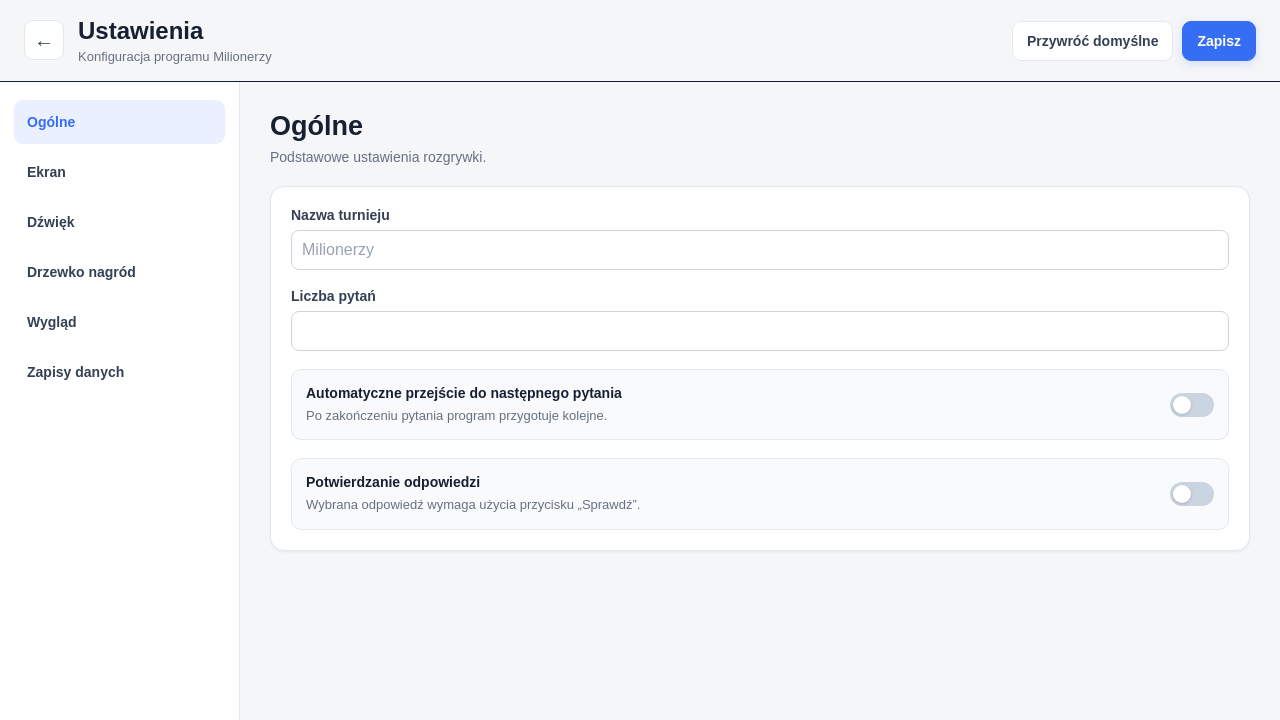
Repository: WaleonGames/HTGMilionerzy
Page: views/settings.html
These files come from the project's save history. The page is drawn as it stood at one moment and after the next save; the edit follows.
The browser window is 1280 px wide. The pictures show the whole page.

Above is the page before, as saved 2026-09-05 19:14:33.
Console error: TypeError: Cannot read properties of undefined (reading 'settings')

### views/settings.html
<!doctype html>
<html lang="pl">
<head>
  <meta charset="UTF-8">
  <meta name="viewport" content="width=device-width,initial-scale=1.0">

  <title>Milionerzy - Ustawienia</title>

  <link rel="stylesheet" href="../public/css/style.css">
  <link rel="stylesheet" href="../public/css/design.css">
</head>
<body>
  <div class="app">
    <header class="topbar">
      <div class="topbar-left">
        <button
          id="backButton"
          class="button button-icon"
          type="button"
          aria-label="Powrót"
        >
          ←
        </button>

        <div>
          <h1>Ustawienia</h1>

          <p>
            Konfiguracja programu Milionerzy
          </p>
        </div>
      </div>

      <div class="topbar-actions">
        <button
          id="resetButton"
          class="button button-secondary"
          type="button"
        >
          Przywróć domyślne
        </button>

        <button
          id="saveButton"
          class="button button-primary"
          type="button"
        >
          Zapisz
        </button>
      </div>
    </header>

    <main class="app-layout">
      <aside class="sidebar">
        <nav class="nav">
          <button
            class="nav-item active"
            data-tab="general"
            type="button"
          >
            Ogólne
          </button>

          <button
            class="nav-item"
            data-tab="screen"
            type="button"
          >
            Ekran
          </button>

          <button
            class="nav-item"
            data-tab="sound"
            type="button"
          >
            Dźwięk
          </button>

          <button
            class="nav-item"
            data-tab="prizeTree"
            type="button"
          >
            Drzewko nagród
          </button>

          <button
            class="nav-item"
            data-tab="appearance"
            type="button"
          >
            Wygląd
          </button>

          <button
            class="nav-item"
            data-tab="dataStorage"
            type="button"
          >
            Zapisy danych
          </button>
        </nav>
      </aside>

      <section class="content">
        <!-- =========================
             OGÓLNE
        ========================= -->

        <section
          class="tab-panel active"
          data-panel="general"
        >
          <div class="section-header">
            <h2>Ogólne</h2>

            <p>
              Podstawowe ustawienia rozgrywki.
            </p>
          </div>

          <div class="card form">
            <div class="form-field">
              <label for="gameTitle">
                Nazwa turnieju
              </label>

              <input
                id="gameTitle"
                type="text"
                placeholder="Milionerzy"
              >
            </div>

            <div class="form-field">
              <label for="questionsCount">
                Liczba pytań
              </label>

              <input
                id="questionsCount"
                type="number"
                min="1"
                max="50"
              >
            </div>

            <label class="setting-row">
              <div>
                <strong>
                  Automatyczne przejście do następnego pytania
                </strong>

                <span>
                  Po zakończeniu pytania program przygotuje kolejne.
                </span>
              </div>

              <input
                id="autoNextQuestion"
                type="checkbox"
              >
            </label>

            <label class="setting-row">
              <div>
                <strong>
                  Potwierdzanie odpowiedzi
                </strong>

                <span>
                  Wybrana odpowiedź wymaga użycia przycisku „Sprawdź”.
                </span>
              </div>

              <input
                id="confirmAnswer"
                type="checkbox"
              >
            </label>
          </div>
        </section>

        <!-- =========================
             EKRAN
        ========================= -->

        <section
          class="tab-panel"
          data-panel="screen"
        >
          <div class="section-header">
            <h2>Ekran</h2>

            <p>
              Ustawienia okna gry i ekranów zewnętrznych.
            </p>
          </div>

          <div class="card form">
            <label class="setting-row">
              <div>
                <strong>
                  Pełny ekran
                </strong>

                <span>
                  Uruchamiaj ekran turnieju w trybie pełnoekranowym.
                </span>
              </div>

              <input
                id="fullscreen"
                type="checkbox"
              >
            </label>

            <div class="form-field">
              <label for="screenIndex">
                Numer monitora
              </label>

              <input
                id="screenIndex"
                type="number"
                min="0"
              >
            </div>

            <div class="form-grid">
              <div class="form-field">
                <label for="screenWidth">
                  Szerokość
                </label>

                <input
                  id="screenWidth"
                  type="number"
                  min="640"
                >
              </div>

              <div class="form-field">
                <label for="screenHeight">
                  Wysokość
                </label>

                <input
                  id="screenHeight"
                  type="number"
                  min="480"
                >
              </div>
            </div>
          </div>
        </section>

        <!-- =========================
             DŹWIĘK
        ========================= -->

        <section
          class="tab-panel"
          data-panel="sound"
        >
          <div class="section-header">
            <h2>Dźwięk</h2>

            <p>
              Głośność i odtwarzanie efektów.
            </p>
          </div>

          <div class="card form">
            <div class="form-field">
              <label for="masterVolume">
                Głośność główna

                <span id="masterVolumeValue">
                  100%
                </span>
              </label>

              <input
                id="masterVolume"
                type="range"
                min="0"
                max="100"
                step="1"
              >
            </div>

            <label class="setting-row">
              <div>
                <strong>
                  Dźwięki interfejsu
                </strong>

                <span>
                  Odtwarzaj dźwięki przy działaniach w panelu.
                </span>
              </div>

              <input
                id="interfaceSounds"
                type="checkbox"
              >
            </label>

            <label class="setting-row">
              <div>
                <strong>
                  Dźwięki gry
                </strong>

                <span>
                  Odtwarzaj muzykę i efekty podczas rozgrywki.
                </span>
              </div>

              <input
                id="gameSounds"
                type="checkbox"
              >
            </label>
          </div>
        </section>

        <!-- =========================
             DRZEWKO NAGRÓD
        ========================= -->

        <section
          class="tab-panel"
          data-panel="prizeTree"
        >
          <div class="section-header">
            <h2>Drzewko nagród</h2>

            <p>
              Kwoty i progi gwarantowane.
            </p>
          </div>

          <div class="card form">
            <div class="form-field">
              <label for="currency">
                Waluta
              </label>

              <input
                id="currency"
                type="text"
                placeholder="zł"
              >
            </div>

            <div
              id="prizeLevels"
              class="prize-list"
            ></div>
          </div>
        </section>

        <!-- =========================
             WYGLĄD
        ========================= -->

        <section
          class="tab-panel"
          data-panel="appearance"
        >
          <div class="section-header">
            <h2>Wygląd</h2>

            <p>
              Kolory i ustawienia interfejsu.
            </p>
          </div>

          <div class="card form">
            <div class="form-field">
              <label for="theme">
                Motyw
              </label>

              <select id="theme">
                <option value="dark">
                  Ciemny
                </option>

                <option value="light">
                  Jasny
                </option>
              </select>
            </div>

            <div class="form-field">
              <label for="accentColor">
                Kolor główny
              </label>

              <input
                id="accentColor"
                type="color"
              >
            </div>

            <label class="setting-row">
              <div>
                <strong>
                  Animacje
                </strong>

                <span>
                  Włącz animacje przejść i odpowiedzi.
                </span>
              </div>

              <input
                id="animations"
                type="checkbox"
              >
            </label>
          </div>
        </section>

        <!-- =========================
             ZAPISY DANYCH
        ========================= -->

        <section
          class="tab-panel"
          data-panel="dataStorage"
        >
          <div class="section-header">
            <h2>Zapisy danych</h2>

            <p>
              Ustawienia lokalnego zapisu danych programu.
            </p>
          </div>

          <div class="card form">
            <label class="setting-row">
              <div>
                <strong>
                  Automatyczny zapis
                </strong>

                <span>
                  Zapisuj dane automatycznie po zmianach.
                </span>
              </div>

              <input
                id="autoSave"
                type="checkbox"
              >
            </label>

            <label class="setting-row">
              <div>
                <strong>
                  Automatyczne kopie zapasowe
                </strong>

                <span>
                  Twórz kopię danych programu.
                </span>
              </div>

              <input
                id="autoBackup"
                type="checkbox"
              >
            </label>

            <div class="form-field">
              <label for="backupInterval">
                Interwał kopii zapasowej w minutach
              </label>

              <input
                id="backupInterval"
                type="number"
                min="1"
              >
            </div>
          </div>
        </section>
      </section>
    </main>

    <div
      id="statusMessage"
      class="status-message"
      hidden
    ></div>
  </div>

  <script src="../public/js/design.js"></script>
  <script src="../public/js/settings.js"></script>
</body>
</html>

### public/css/style.css
*{
  box-sizing:border-box;
  margin:0;
  padding:0;
}

html,
body{
  width:100%;
  min-height:100%;
}

body{
  min-height:100vh;
  font-family:Arial,sans-serif;
}

button,
input,
select,
textarea{
  font:inherit;
}

button{
  cursor:pointer;
}

[hidden]{
  display:none !important;
}

/* =========================
   APP
========================= */

.app{
  min-height:100vh;
}

/* =========================
   PAGE
========================= */

.page{
  width:min(1100px,calc(100% - 32px));
  margin:0 auto;
  padding:28px 0;
}

.page-header{
  display:flex;
  align-items:center;
  justify-content:space-between;
  gap:20px;
  margin-bottom:20px;
}

.page-header-main{
  min-width:0;
}

.page-title{
  margin:4px 0;
  font-size:30px;
  line-height:1.2;
}

.page-description{
  font-size:14px;
  line-height:1.5;
}

.eyebrow{
  display:block;
  font-size:11px;
  font-weight:800;
  letter-spacing:.12em;
}

.text-muted{
  font-size:13px;
}

/* =========================
   TOPBAR
========================= */

.topbar{
  display:flex;
  align-items:center;
  justify-content:space-between;
  gap:20px;
  min-height:82px;
  padding:14px 24px;
  border-bottom:1px solid;
}

.topbar-left{
  display:flex;
  align-items:center;
  gap:14px;
  min-width:0;
}

.topbar-left>div{
  min-width:0;
}

.topbar-left h1{
  font-size:24px;
  line-height:1.2;
}

.topbar-left p{
  margin-top:3px;
  font-size:13px;
}

.topbar-actions{
  display:flex;
  align-items:center;
  gap:9px;
}

/* =========================
   APP LAYOUT
========================= */

.app-layout{
  display:grid;
  grid-template-columns:240px minmax(0,1fr);
  min-height:calc(100vh - 82px);
}

/* =========================
   SIDEBAR
========================= */

.sidebar{
  display:flex;
  flex-direction:column;
  padding:18px 14px;
  border-right:1px solid;
}

/* =========================
   NAVIGATION
========================= */

.nav{
  display:flex;
  flex-direction:column;
  gap:6px;
}

.nav-item{
  display:flex;
  align-items:center;
  width:100%;
  min-height:44px;
  padding:0 13px;
  border:0;
  border-radius:9px;
  font-size:14px;
  font-weight:700;
  text-align:left;
}

/* =========================
   CONTENT
========================= */

.content{
  width:100%;
  min-width:0;
  max-width:1050px;
  padding:28px 30px 50px;
}

/* =========================
   SECTION
========================= */

.section-header{
  margin-bottom:18px;
}

.section-header h2{
  font-size:27px;
  line-height:1.2;
}

.section-header p{
  margin-top:5px;
  font-size:14px;
  line-height:1.5;
}

/* =========================
   TAB
========================= */

.tab-panel{
  display:none;
}

.tab-panel.active{
  display:block;
}

/* =========================
   PANEL
========================= */

.panel{
  padding:20px;
  border:1px solid;
  border-radius:14px;
}

.panel-header{
  display:flex;
  align-items:center;
  justify-content:space-between;
  gap:16px;
  margin-bottom:16px;
}

.panel-header h2{
  margin-bottom:3px;
  font-size:20px;
}

.panel-header span{
  font-size:13px;
}

/* =========================
   CARD
========================= */

.card{
  padding:20px;
  border:1px solid;
  border-radius:14px;
}

/* =========================
   BUTTON
========================= */

.button{
  display:inline-flex;
  align-items:center;
  justify-content:center;
  min-height:40px;
  padding:0 14px;
  border:1px solid;
  border-radius:9px;
  font-size:14px;
  font-weight:700;
  text-decoration:none;
}

.button:active{
  transform:scale(.98);
}

.button-icon{
  width:40px;
  height:40px;
  flex:0 0 40px;
  padding:0;
  font-size:20px;
}

/* =========================
   LIST
========================= */

.list{
  display:flex;
  flex-direction:column;
  gap:10px;
}

.list-item{
  padding:14px;
  border:1px solid;
  border-radius:10px;
}

.list-item-header{
  display:flex;
  align-items:flex-start;
  justify-content:space-between;
  gap:16px;
  margin-bottom:12px;
}

.list-item-header h3{
  flex:1;
  min-width:0;
  font-size:16px;
  line-height:1.4;
}

/* =========================
   GRID
========================= */

.grid{
  display:grid;
  gap:8px;
}

.grid-2{
  grid-template-columns:repeat(2,minmax(0,1fr));
}

.grid-3{
  grid-template-columns:repeat(3,minmax(0,1fr));
}

.grid-4{
  grid-template-columns:repeat(4,minmax(0,1fr));
}

/* =========================
   ANSWER
========================= */

.answer{
  padding:9px 11px;
  border:1px solid transparent;
  border-radius:8px;
  font-size:14px;
  line-height:1.35;
}

.answer strong{
  margin-right:4px;
}

/* =========================
   FORM
========================= */

.form{
  display:flex;
  flex-direction:column;
  gap:18px;
}

.form-field{
  display:flex;
  flex-direction:column;
  gap:7px;
}

.form-field label{
  display:flex;
  align-items:center;
  justify-content:space-between;
  gap:10px;
  font-size:14px;
  font-weight:700;
}

input,
select,
textarea{
  width:100%;
  min-height:40px;
  padding:8px 10px;
  border:1px solid;
  border-radius:8px;
}

textarea{
  min-height:90px;
  resize:vertical;
}

.form-grid{
  display:grid;
  grid-template-columns:repeat(2,minmax(0,1fr));
  gap:10px;
}

.form-actions{
  display:flex;
  align-items:center;
  justify-content:flex-end;
  gap:9px;
}

/* =========================
   INPUT GROUP
========================= */

.input-group{
  display:flex;
  align-items:center;
  overflow:hidden;
  min-height:40px;
  border:1px solid;
  border-radius:8px;
}

.input-group-label{
  display:flex;
  align-items:center;
  justify-content:center;
  align-self:stretch;
  width:40px;
  flex:0 0 40px;
  font-size:13px;
  font-weight:700;
}

.input-group input{
  min-height:40px;
  border:0;
  border-radius:0;
}

/* =========================
   SETTING ROW
========================= */

.setting-row{
  display:flex;
  align-items:center;
  justify-content:space-between;
  gap:20px;
  padding:14px;
  border:1px solid;
  border-radius:10px;
  cursor:pointer;
}

.setting-row>div{
  display:flex;
  flex-direction:column;
  gap:4px;
  min-width:0;
}

.setting-row strong{
  font-size:14px;
  line-height:1.35;
}

.setting-row span{
  font-size:13px;
  line-height:1.4;
}

/* =========================
   SWITCH
========================= */

.setting-row input[type="checkbox"]{
  position:relative;
  appearance:none;
  width:44px;
  min-width:44px;
  height:24px;
  min-height:24px;
  padding:0;
  border:0;
  border-radius:999px;
  cursor:pointer;
}

.setting-row input[type="checkbox"]::after{
  content:"";
  position:absolute;
  top:3px;
  left:3px;
  width:18px;
  height:18px;
  border-radius:50%;
  transition:transform .18s ease;
}

.setting-row input[type="checkbox"]:checked::after{
  transform:translateX(20px);
}

/* =========================
   RANGE
========================= */

input[type="range"]{
  height:6px;
  min-height:6px;
  padding:0;
  appearance:none;
  border:0;
  border-radius:999px;
}

input[type="range"]::-webkit-slider-thumb{
  appearance:none;
  width:18px;
  height:18px;
  border-radius:50%;
  cursor:pointer;
}

input[type="range"]::-moz-range-thumb{
  width:18px;
  height:18px;
  border:0;
  border-radius:50%;
  cursor:pointer;
}

/* =========================
   COLOR
========================= */

input[type="color"]{
  width:80px;
  height:40px;
  padding:4px;
  cursor:pointer;
}

/* =========================
   PRIZE LIST
========================= */

.prize-list{
  display:flex;
  flex-direction:column;
  gap:9px;
}

.prize-item{
  display:grid;
  grid-template-columns:100px minmax(0,1fr) 180px;
  align-items:center;
  gap:10px;
  padding:10px 12px;
  border:1px solid;
  border-radius:9px;
}

.prize-number{
  font-size:14px;
  font-weight:700;
}

/* =========================
   EMPTY
========================= */

.empty{
  padding:28px 16px;
  border:1px dashed;
  border-radius:10px;
  text-align:center;
  font-size:14px;
}

/* =========================
   MODAL
========================= */

.modal-backdrop{
  position:fixed;
  inset:0;
  z-index:1000;
  display:flex;
  align-items:center;
  justify-content:center;
  padding:16px;
}

.modal-backdrop[hidden]{
  display:none;
}

.modal{
  width:min(580px,100%);
  max-height:calc(100vh - 32px);
  overflow:auto;
  padding:18px;
  border:1px solid;
  border-radius:13px;
}

.modal-header{
  display:flex;
  align-items:flex-start;
  justify-content:space-between;
  gap:16px;
  margin-bottom:18px;
}

.modal-header h2{
  margin-top:3px;
  font-size:22px;
}

.modal-actions{
  display:flex;
  align-items:center;
  justify-content:flex-end;
  gap:9px;
  margin-top:18px;
}

/* =========================
   MAIN MENU
========================= */

.main-menu{
  width:min(980px,calc(100% - 32px));
  margin:0 auto;
  padding:40px 0;
}

.menu-header{
  margin-bottom:24px;
}

.menu-header h1{
  margin:5px 0;
  font-size:34px;
}

.menu-header p{
  font-size:14px;
}

.menu-grid{
  display:grid;
  grid-template-columns:repeat(2,minmax(0,1fr));
  gap:14px;
}

.menu-card{
  display:flex;
  flex-direction:column;
  align-items:flex-start;
  justify-content:center;
  min-height:130px;
  padding:20px;
  border:1px solid;
  border-radius:14px;
  text-align:left;
}

.menu-card-title{
  font-size:18px;
  font-weight:800;
}

.menu-card-description{
  margin-top:7px;
  font-size:13px;
  line-height:1.45;
}

/* =========================
   STATUS
========================= */

.status-message{
  position:fixed;
  right:24px;
  bottom:24px;
  z-index:1100;
  padding:12px 16px;
  border-radius:9px;
  font-size:14px;
  font-weight:700;
}

/* =========================
   SETTING INLINE
========================= */

.setting-inline{
  display:flex;
  align-items:center;
  gap:8px;
  font-size:13px;
  font-weight:700;
  cursor:pointer;
}

.setting-inline input[type="checkbox"]{
  width:17px;
  min-width:17px;
  height:17px;
  min-height:17px;
  padding:0;
  flex:0 0 17px;
}

/* =========================
   PRIZE INPUT
========================= */

.prize-item input[type="number"]{
  width:100%;
  min-width:0;
}

/* =========================
   FORM FIELD HELPERS
========================= */

.form-field>label>span{
  margin-left:auto;
  font-size:13px;
  font-weight:600;
}

/* =========================
   SELECT
========================= */

select{
  cursor:pointer;
}

/* =========================
   STATUS
========================= */

.status-message[hidden]{
  display:none;
}

/* =========================
   RESPONSIVE
========================= */

@media(max-width:800px){
  .page{
    width:calc(100% - 20px);
    padding:20px 0;
  }

  .page-header,
  .panel-header{
    align-items:flex-start;
    flex-direction:column;
  }

  .topbar{
    align-items:flex-start;
    flex-direction:column;
  }

  .topbar-actions{
    width:100%;
  }

  .topbar-actions .button{
    flex:1;
  }

  .app-layout{
    grid-template-columns:1fr;
  }

  .sidebar{
    overflow-x:auto;
    border-right:0;
    border-bottom:1px solid;
  }

  .nav{
    flex-direction:row;
  }

  .nav-item{
    flex:0 0 auto;
    width:auto;
    white-space:nowrap;
  }

  .content{
    max-width:none;
    padding:20px 16px 40px;
  }

  .menu-grid{
    grid-template-columns:1fr;
  }

  .grid-2,
  .grid-3,
  .grid-4,
  .form-grid{
    grid-template-columns:1fr;
  }

  .prize-item{
    grid-template-columns:1fr;
  }

  .modal-actions,
  .form-actions{
    flex-direction:column-reverse;
  }

  .modal-actions .button,
  .form-actions .button{
    width:100%;
  }
}

Loaded but not shown: public/js/settings.js (382 lines, source omitted); public/js/design.js (52 lines, source omitted); public/css/design.css (964 lines, source omitted)

After the next save:
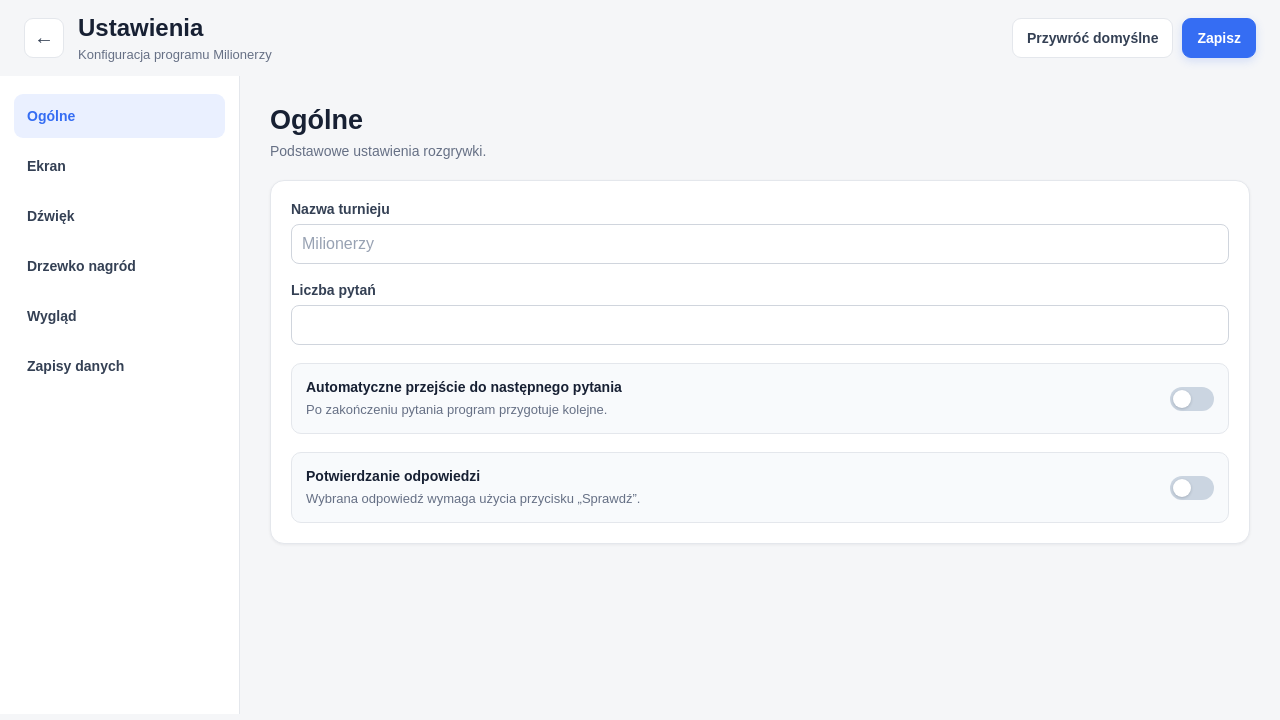
Saved 9 min 56 s later.
--- a/public/css/style.css
+++ b/public/css/style.css
@@ -91,9 +91,8 @@ button{
   align-items:center;
   justify-content:space-between;
   gap:20px;
-  min-height:82px;
+  min-height:72px;
   padding:14px 24px;
-  border-bottom:1px solid;
 }
 
 .topbar-left{
@@ -108,12 +107,13 @@ button{
 }
 
 .topbar-left h1{
+  margin:0;
   font-size:24px;
   line-height:1.2;
 }
 
 .topbar-left p{
-  margin-top:3px;
+  margin-top:4px;
   font-size:13px;
 }
 
